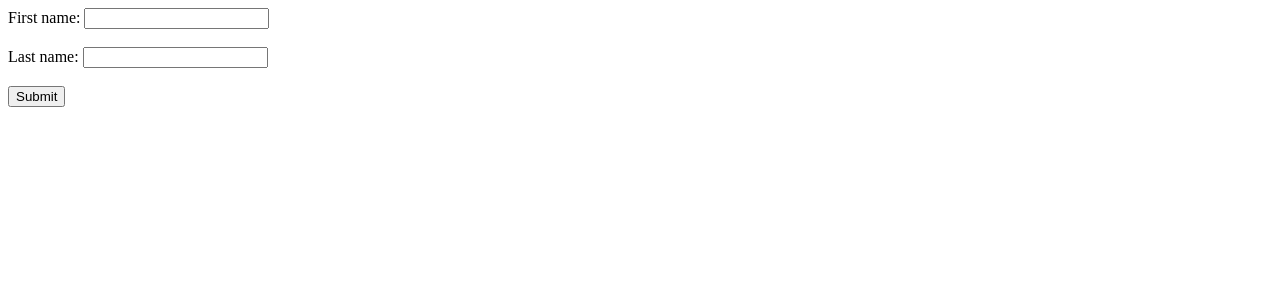
Repository: shravankumarsingh91/mydemoproject
Page: http://localhost/spring-mvc-demo/student/showForm
An editor plug-in stored every save of this project. The page is shown before and after the next save, followed by the edit.
The browser window is 1280 px wide. The pictures show the whole page.
The page is served by Tomcat 9.

Above is the page before, as saved 2019-09-17 11:48:41.

After the next save:
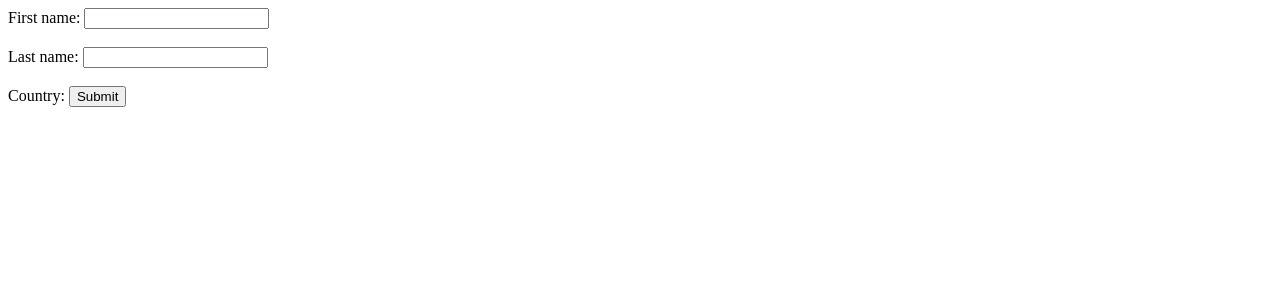
Saved 39 min 55 s later.
--- a/spring-mvc-demo/WebContent/WEB-INF/view/student-form.jsp
+++ b/spring-mvc-demo/WebContent/WEB-INF/view/student-form.jsp
@@ -22,6 +22,8 @@
 
      <br><br>
 
+     Country:
+
      <input type="submit" value="Submit" />
 
      </form:form>
